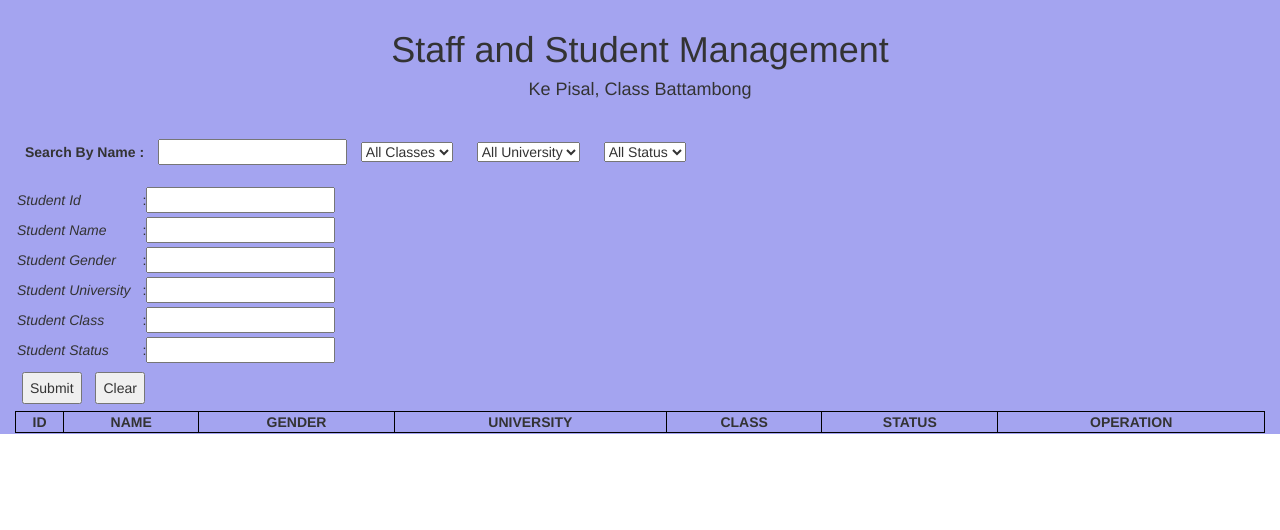
Repository: kepisal/ServletJAVA
Page: http://localhost/AjaxStaffandStudent/
These files come from the project's save history. The page is drawn as it stood at one moment and after the next save; the edit follows.
The browser window is 1280 px wide. The pictures show the whole page.
The page is served by Tomcat 9. Queries for data that is not in the repository find no rows.

Above is the page before, as saved 2015-07-10 16:42:23.

After the next save:
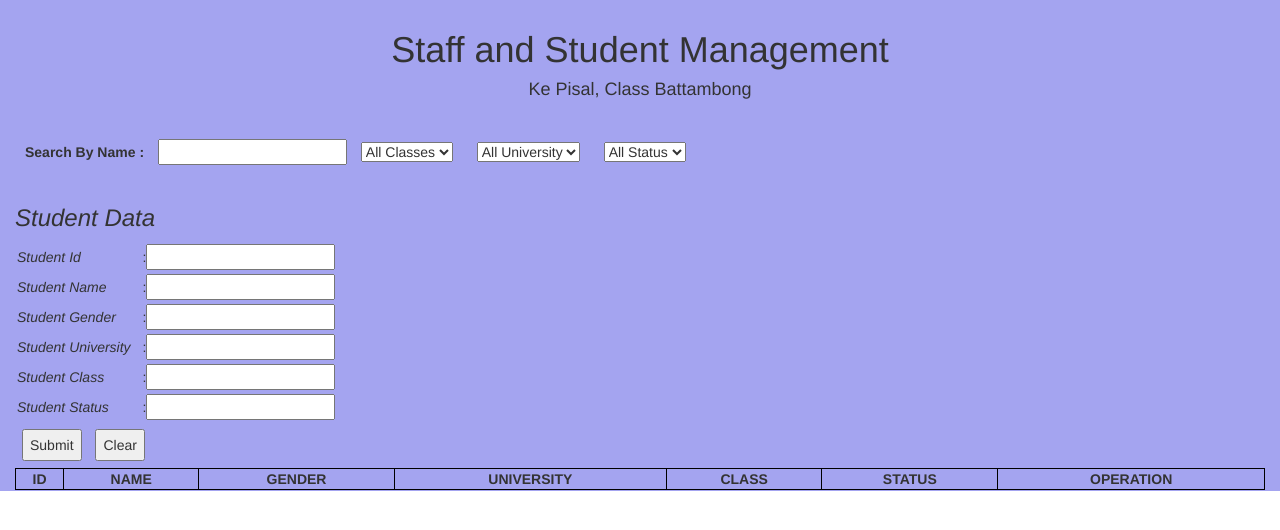
Saved 42 s later.
--- a/AjaxStaffandStudent/WebContent/index.jsp
+++ b/AjaxStaffandStudent/WebContent/index.jsp
@@ -86,6 +86,7 @@ button {
 		</div>
 		<div id="sform">
 			<table class="stuform">
+			<h3><i>Student Data</i></h3>
 				<tr>
 					<td><i>Student Id</i></td>
 					<td>&nbsp;&nbsp;:<input /></td>
